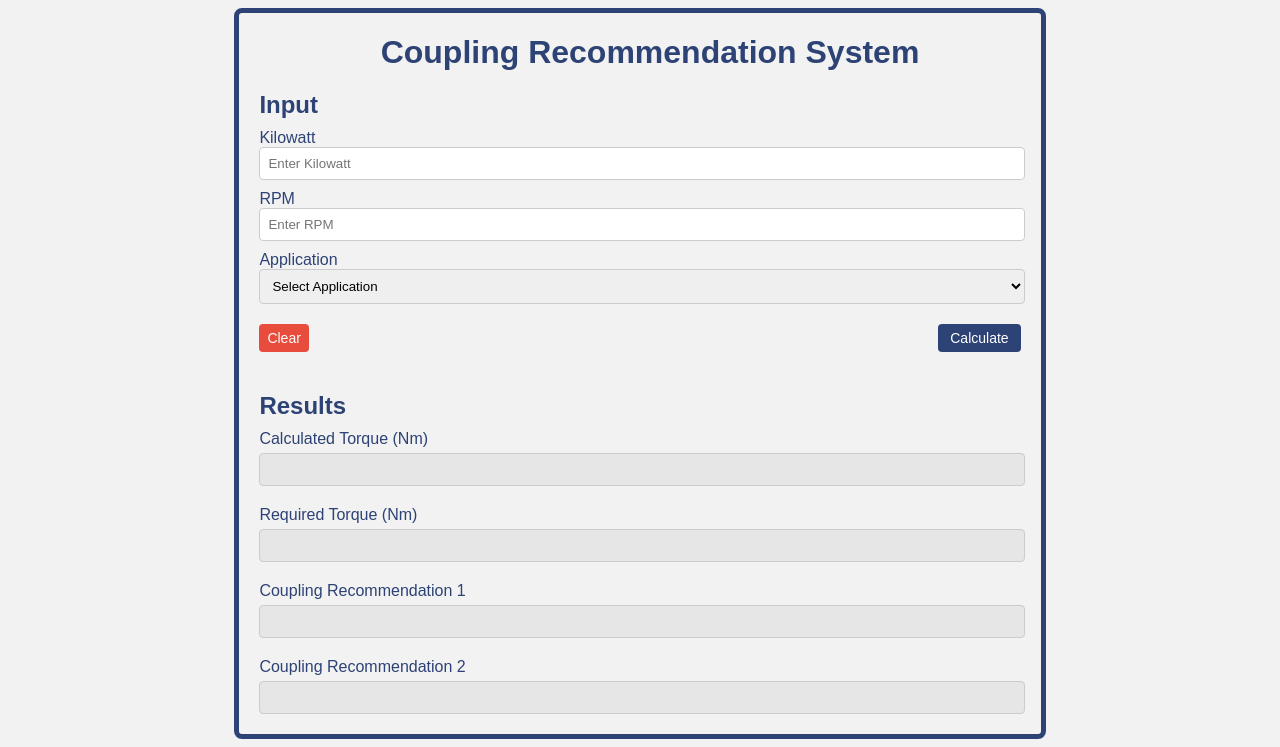
Repository: JustinSadie/calculator
Page: newIndex.html
These files come from the project's save history. The page is drawn as it stood at one moment and after the next save; the edit follows.
The browser window is 1280 px wide. The pictures show the whole page.

Above is the page before, as saved 2024-08-25 17:39:08.

After the next save:
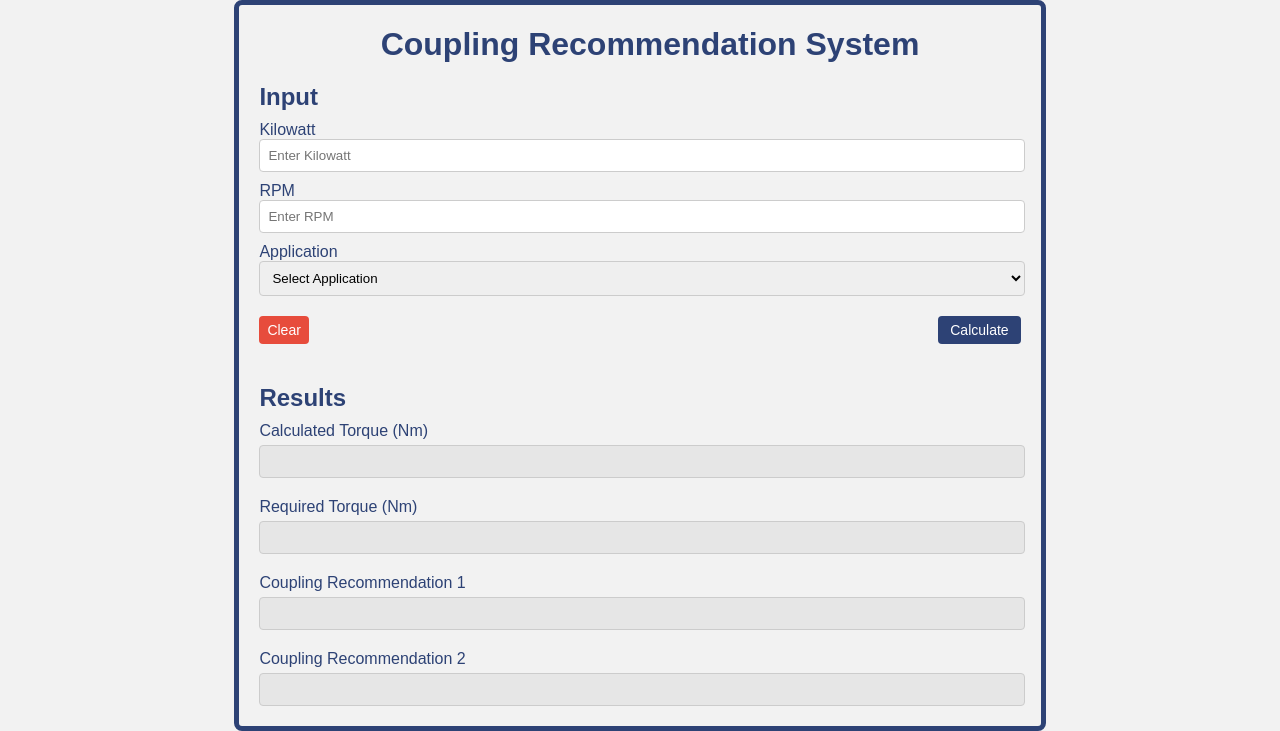
Saved 5 s later.
--- a/newCSS.css
+++ b/newCSS.css
@@ -1,7 +1,7 @@
 /* Overall page styling */
 body {
   font-family: Arial, sans-serif;
-  margin: ;
+  margin: 0;
   padding-left: 20;
   background-color: #f2f2f2;
   color: #2d4275;
@@ -9,7 +9,6 @@ body {
   justify-content: center;
   align-items: center;
   min-height: 100vh;
-
 }
 
 .wrapper {
